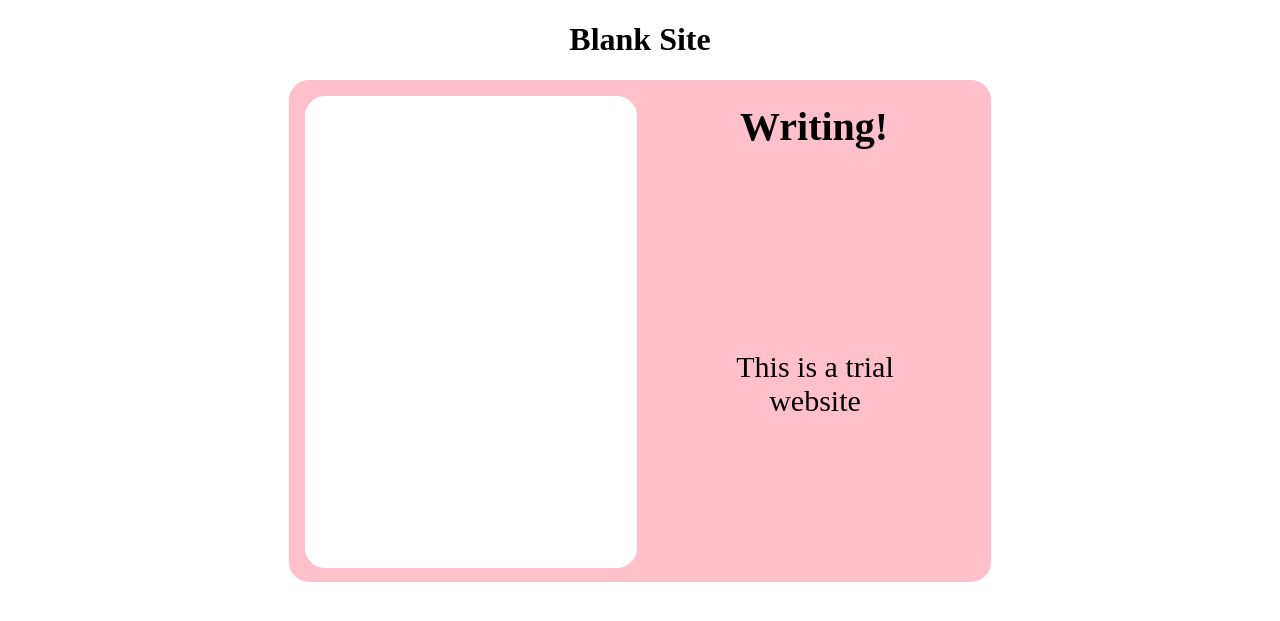
Repository: yhung004/Blank_Project
Page: index.html
An editor plug-in stored every save of this project. The page is shown before and after the next save, followed by the edit.
The browser window is 1280 px wide. The pictures show the whole page.

Above is the page before, as saved 2024-04-04 03:35:15.

After the next save:
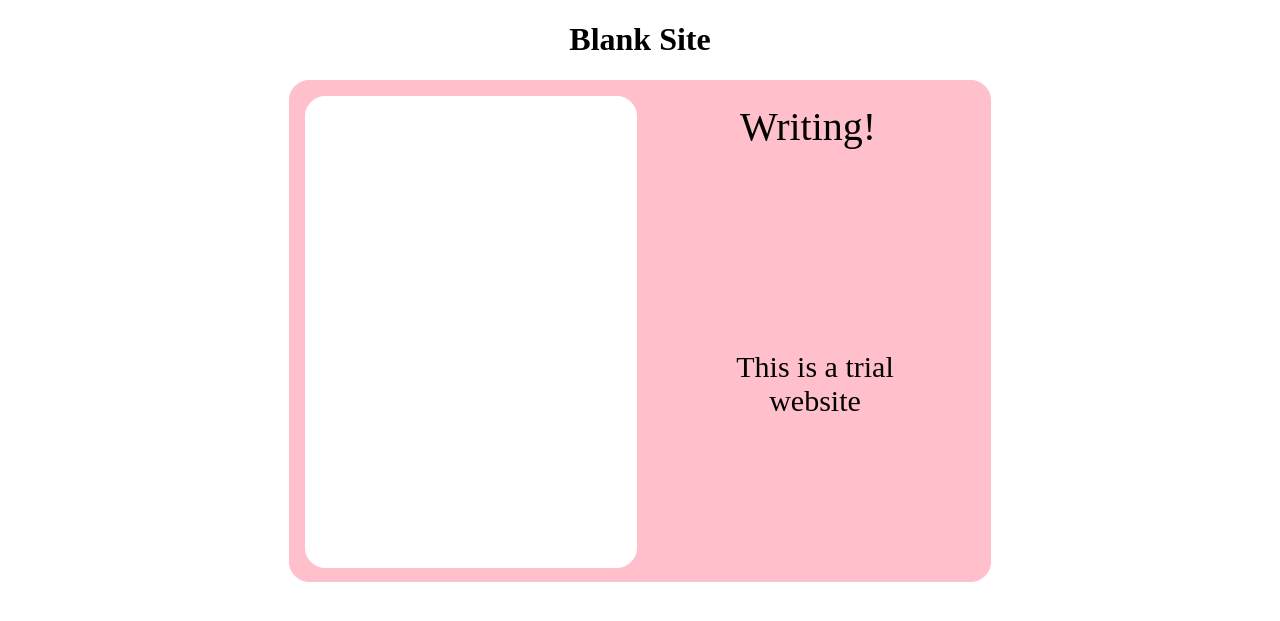
Saved 5 s later.
--- a/index.html
+++ b/index.html
@@ -11,7 +11,7 @@
     <div class="main">
         <div class="container"></div>
         <div class="words">
-            <h3 class="heading2">Writing!</h3>
+            <p class="heading2">Writing!</p>
             <p class="sub">This is a trial <br>website</p>
         </div>
 
